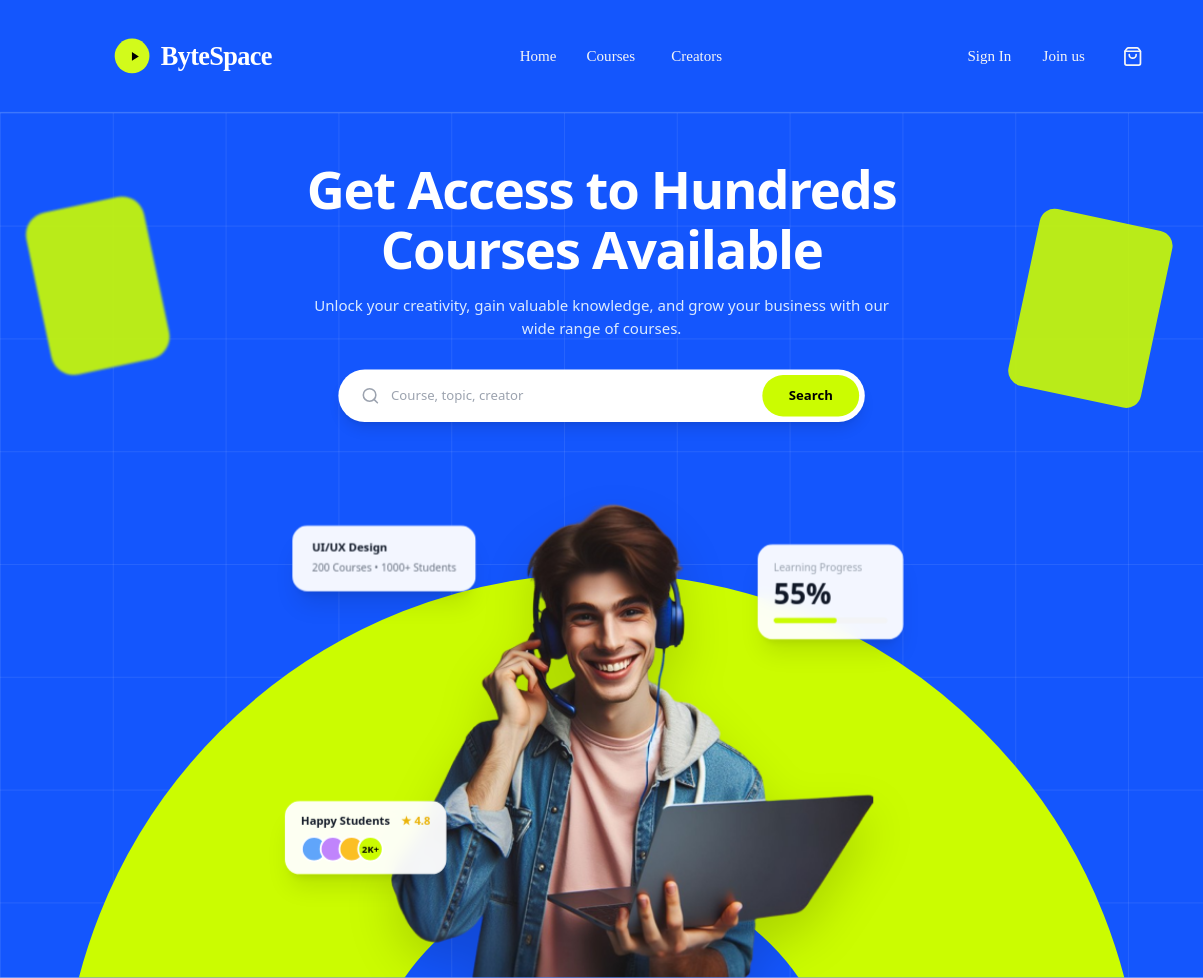
Repository: mdkawsarjomadder/bytespace
Page: /
An editor plug-in stored every save of this project. The page is shown before and after the next save, followed by the edit.
The browser window is 1280 px wide. The pictures show the whole page, at 94% of full size.
Some web fonts or font styles are not loaded; a fallback is used. The project was rebuilt for these pictures with package versions that can differ from the ones it lists, and the page was loaded fresh each time. Also part of the build but not shown: vite.config.js.

Above is the page before, as saved 2026-09-29 18:19:53.

After the next save:
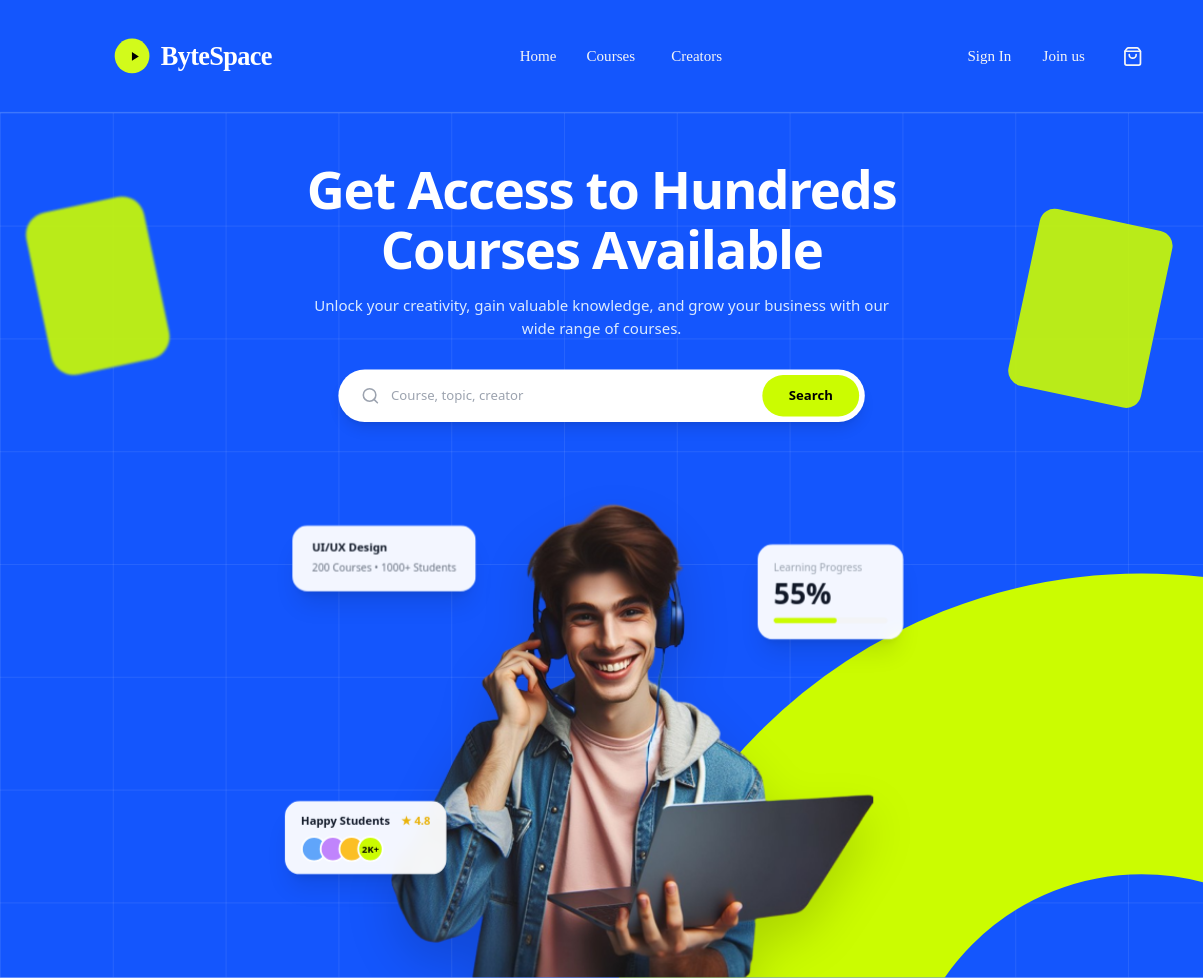
Saved 6 s later.
--- a/src/components/Hero.jsx
+++ b/src/components/Hero.jsx
@@ -16,7 +16,6 @@
           height: '1149px',
           top: '490px',
           left: '50%',
-          transform: 'translateX(-50%)',
           border: '320px solid #CBFC01',
           boxSizing: 'border-box',
         }}

After the save that followed:
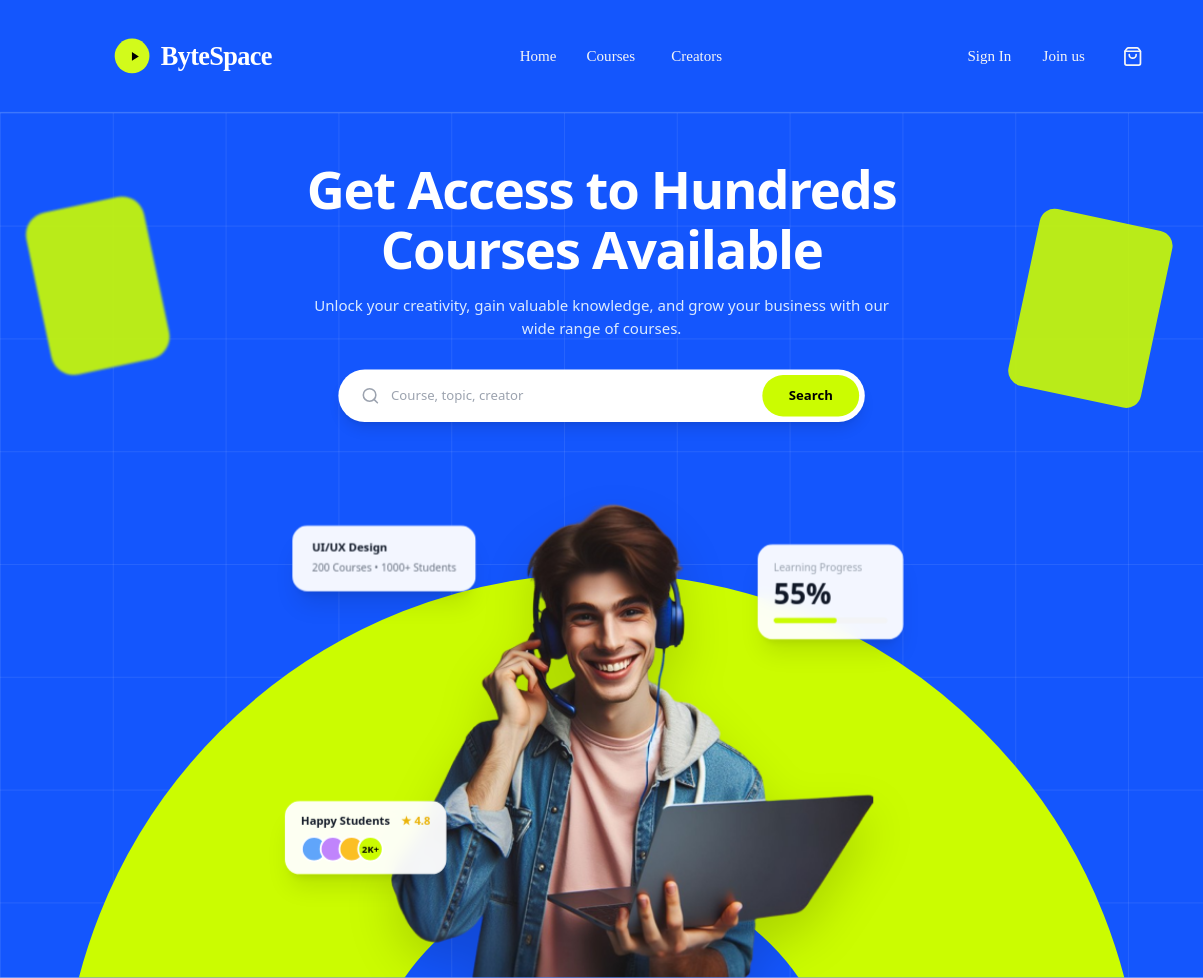
Saved 4 s later.
--- a/src/components/Hero.jsx
+++ b/src/components/Hero.jsx
@@ -16,6 +16,7 @@
           height: '1149px',
           top: '490px',
           left: '50%',
+          transform: 'translateX(-50%)',
           border: '320px solid #CBFC01',
           boxSizing: 'border-box',
         }}
